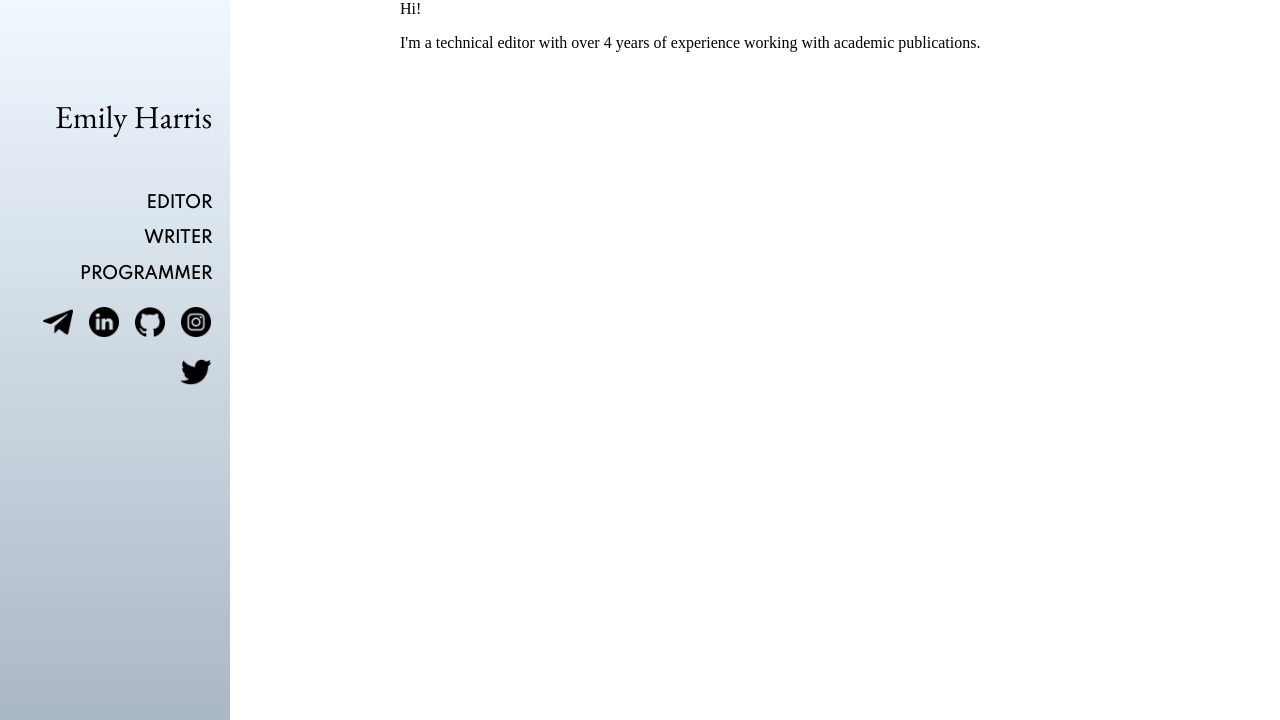
Repository: emnharris/FreeCodeCampChallenges
Page: responsive-web-design/portfolio/portfolio.html
These files come from the project's save history. The page is drawn as it stood at one moment and after the next save; the edit follows.
The browser window is 1280 px wide. The pictures show the whole page.
Some web fonts or font styles are not loaded; a fallback is used.

Above is the page before, as saved 2020-04-24 13:07:50.

After the next save:
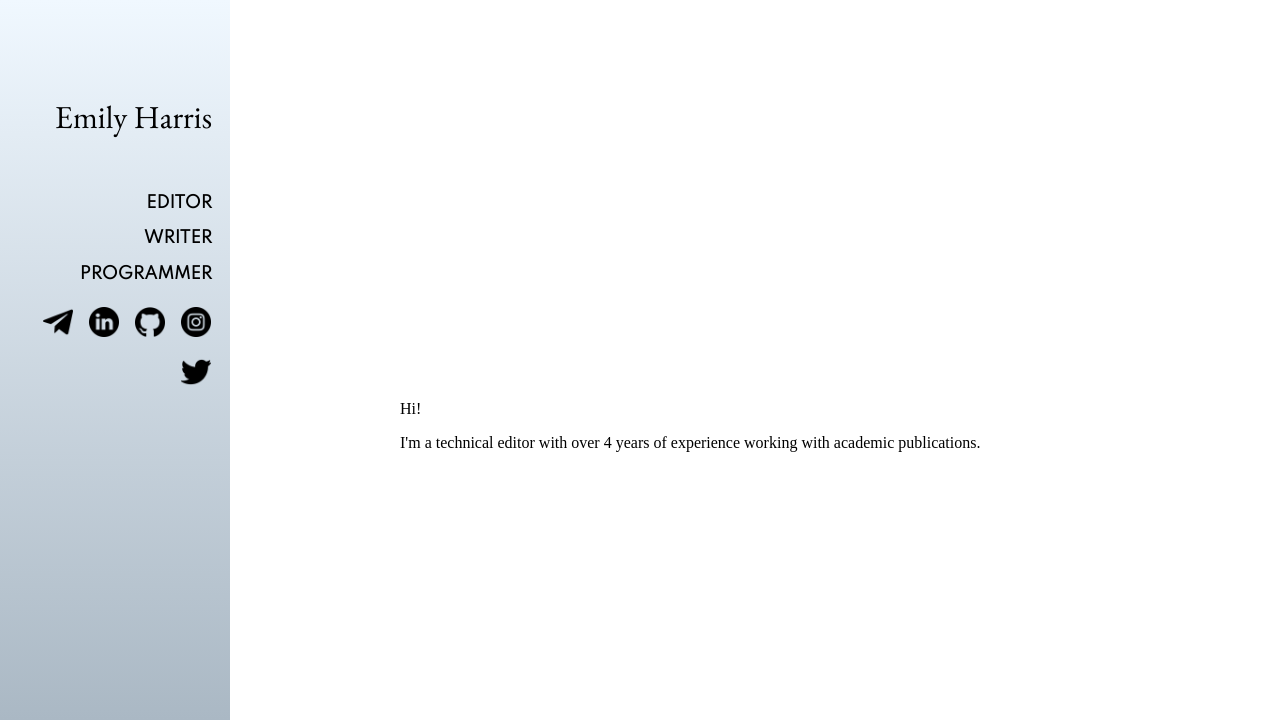
Saved 30 s later.
--- a/responsive-web-design/portfolio/portfolio.css
+++ b/responsive-web-design/portfolio/portfolio.css
@@ -47,6 +47,7 @@ body {
 }
 main {
     padding-left: 400px;
+    margin-top: 400px;
 }
 .icon {
     width: 30px;
